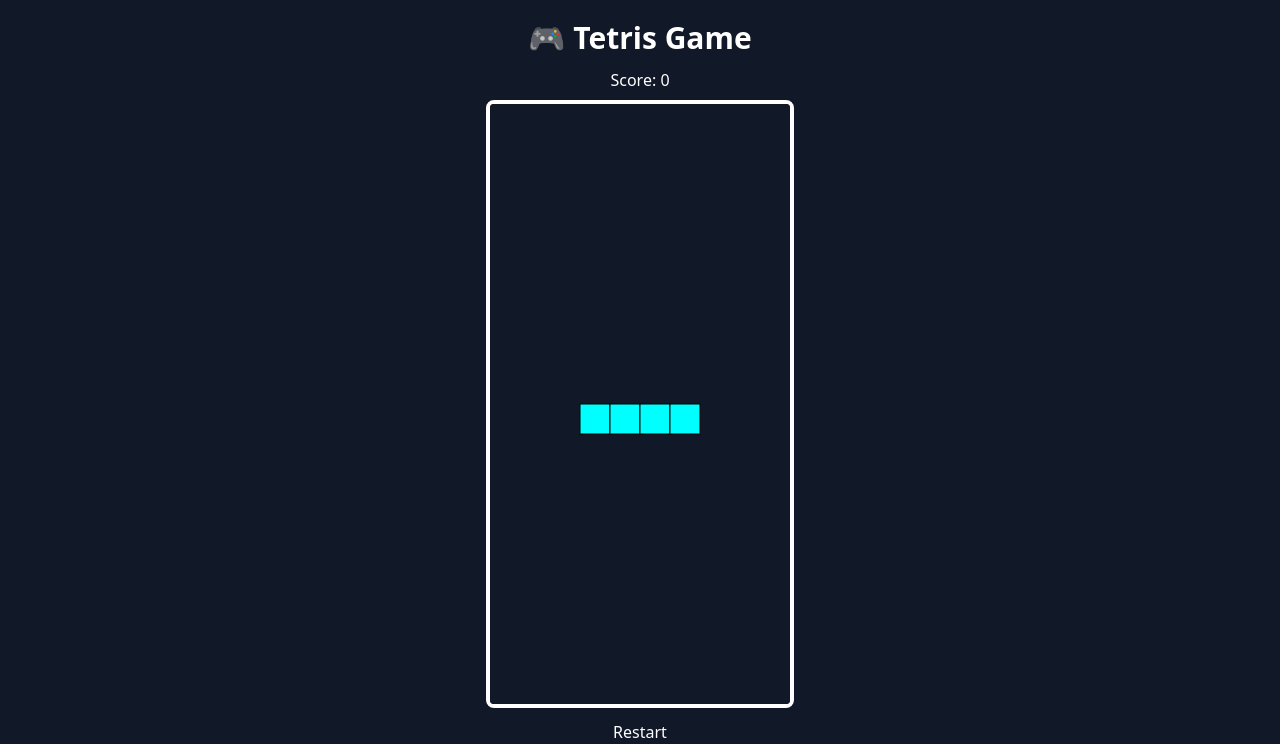
Repository: DevisWisley/tetris-react
Page: /
The author's editor kept a copy of each file at every save. The page is drawn from the files as they stood at one save, then again after the next save.
The browser window is 1280 px wide. The pictures show the whole page.
Some web libraries are served in a nearby version. The project was rebuilt for these pictures with package versions that can differ from the ones it lists, and the page was loaded fresh each time. Some packages were replaced by stand-ins written for this rebuild. Also part of the build but not shown: vite.config.ts.

Above is the page before, as saved 2025-08-13 16:08:26.

### index.html
<!doctype html>
<html lang="en">
  <head>
    <meta charset="UTF-8" />
    <meta name="viewport" content="width=device-width, initial-scale=1.0" />
    <title>Tetris Game</title>
    <script src="https://cdn.tailwindcss.com"></script>
  </head>
  <body class="bg-gray-900 text-white">
    <div id="root"></div>
    <script type="module" src="/src/main.tsx"></script>
  </body>
</html>

### src/App.tsx
import React from "react";
import Tetris from "./Tetris";

const App: React.FC = () => {
  return (
    <div className="container mx-auto text-center">
      <Tetris />
    </div>
  );
};

export default App;

### src/Tetris.tsx
import React, { useRef, useEffect, useState } from "react";
import Swal from "sweetalert2";
import { Piece } from "./types";

const ROWS = 20;
const COLS = 10;
const BLOCK_SIZE = 30;

const COLORS = ["cyan", "blue", "orange", "yellow", "green", "purple", "red"];
const SHAPES = [
  [[1, 1, 1, 1]], // I
  [[2, 0, 0], [2, 2, 2]], // J
  [[0, 0, 3], [3, 3, 3]], // L
  [[4, 4], [4, 4]], // O
  [[0, 5, 5], [5, 5, 0]], // S
  [[0, 6, 0], [6, 6, 6]], // T
  [[7, 7, 0], [0, 7, 7]]  // Z
];

const randomPiece = (): Piece => {
  const index = Math.floor(Math.random() * SHAPES.length);
  return {
    shape: SHAPES[index],
    color: COLORS[index]
  };
};

const Tetris: React.FC = () => {
  const canvasRef = useRef<HTMLCanvasElement | null>(null);
  const [board, setBoard] = useState<number[][]>(
    Array.from({ length: ROWS }, () => Array(COLS).fill(0))
  );
  const [piece, setPiece] = useState<Piece>(randomPiece());
  const [pos, setPos] = useState<[number, number]>([0, 3]);
  const [score, setScore] = useState(0);
  const [gameOver, setGameOver] = useState(false);

  useEffect(() => {
    const context = canvasRef.current?.getContext("2d");
    if (!context) return;

    context.fillStyle = "#111827"; // Tailwind gray-900
    context.fillRect(0, 0, COLS * BLOCK_SIZE, ROWS * BLOCK_SIZE);

    board.forEach((row, y) => {
      row.forEach((value, x) => {
        if (value !== 0) {
          context.fillStyle = COLORS[value - 1];
          context.fillRect(x * BLOCK_SIZE, y * BLOCK_SIZE, BLOCK_SIZE, BLOCK_SIZE);
          context.strokeStyle = "black";
          context.strokeRect(x * BLOCK_SIZE, y * BLOCK_SIZE, BLOCK_SIZE, BLOCK_SIZE);
        }
      });
    });

    piece.shape.forEach((row, y) => {
      row.forEach((value, x) => {
        if (value !== 0) {
          context.fillStyle = piece.color;
          context.fillRect((pos[1] + x) * BLOCK_SIZE, (pos[0] + y) * BLOCK_SIZE, BLOCK_SIZE, BLOCK_SIZE);
          context.strokeStyle = "black";
          context.strokeRect((pos[1] + x) * BLOCK_SIZE, (pos[0] + y) * BLOCK_SIZE, BLOCK_SIZE, BLOCK_SIZE);
        }
      });
    });
  }, [board, piece, pos]);

  useEffect(() => {
    if (gameOver) {
      Swal.fire({
        icon: "info",
        title: "Game Over",
        text: `Score: ${score}`,
        confirmButtonText: "Play Again"
      }).then(() => {
        resetGame();
      });
    }
  }, [gameOver]);

  useEffect(() => {
    const handleKey = (e: KeyboardEvent) => {
      if (gameOver) return;
      if (e.key === "ArrowLeft") move(-1);
      else if (e.key === "ArrowRight") move(1);
      else if (e.key === "ArrowDown") drop();
      else if (e.key === "ArrowUp") rotate();
    };
    window.addEventListener("keydown", handleKey);
    const interval = setInterval(drop, 500);
    return () => {
      window.removeEventListener("keydown", handleKey);
      clearInterval(interval);
    };
  });

  const collide = (brd: number[][], p: Piece, pos: [number, number]) => {
    for (let y = 0; y < p.shape.length; y++) {
      for (let x = 0; x < p.shape[y].length; x++) {
        if (p.shape[y][x] !== 0 &&
            (brd[y + pos[0]] && brd[y + pos[0]][x + pos[1]]) !== 0) {
          return true;
        }
      }
    }
    return false;
  };

  const merge = (brd: number[][], p: Piece, pos: [number, number]) => {
    p.shape.forEach((row, y) => {
      row.forEach((value, x) => {
        if (value !== 0) {
          brd[y + pos[0]][x + pos[1]] = COLORS.indexOf(p.color) + 1;
        }
      });
    });
  };

  const resetGame = () => {
    setBoard(Array.from({ length: ROWS }, () => Array(COLS).fill(0)));
    setPiece(randomPiece());
    setPos([0, 3]);
    setScore(0);
    setGameOver(false);
  };

  const drop = () => {
    const newPos: [number, number] = [pos[0] + 1, pos[1]];
    if (!collide(board, piece, newPos)) {
      setPos(newPos);
    } else {
      const newBoard = board.map(row => [...row]);
      merge(newBoard, piece, pos);

      // Clear lines
      let lines = 0;
      for (let y = ROWS - 1; y >= 0; y--) {
        if (newBoard[y].every(val => val !== 0)) {
          newBoard.splice(y, 1);
          newBoard.unshift(Array(COLS).fill(0));
          lines++;
          y++;
        }
      }
      if (lines > 0) setScore(score + lines * 100);

      // New piece
      const newPiece = randomPiece();
      const startPos: [number, number] = [0, 3];
      if (collide(newBoard, newPiece, startPos)) {
        setGameOver(true);
        return;
      }
      setBoard(newBoard);
      setPiece(newPiece);
      setPos(startPos);
    }
  };

  const move = (dir: number) => {
    const newPos: [number, number] = [pos[0], pos[1] + dir];
    if (!collide(board, piece, newPos)) {
      setPos(newPos);
    }
  };

  const rotate = () => {
    const rotated = piece.shape[0].map((_, i) =>
      piece.shape.map(row => row[i]).reverse()
    );
    const newPiece = { ...piece, shape: rotated };
    if (!collide(board, newPiece, pos)) {
      setPiece(newPiece);
    }
  };

  return (
    <div className="flex flex-col items-center mt-5">
      <h1 className="text-3xl font-bold mb-3">🎮 Tetris Game</h1>
      <p className="mb-2">Score: <span className="fw-bold">{score}</span></p>
      <canvas ref={canvasRef} width={COLS * BLOCK_SIZE} height={ROWS * BLOCK_SIZE} className="border-4 border-white rounded-lg"></canvas>
      <button onClick={resetGame} className="btn btn-primary mt-3">Restart</button>
    </div>
  );
};

export default Tetris;

Loaded but not shown: src/main.tsx (common file)

After the next save:
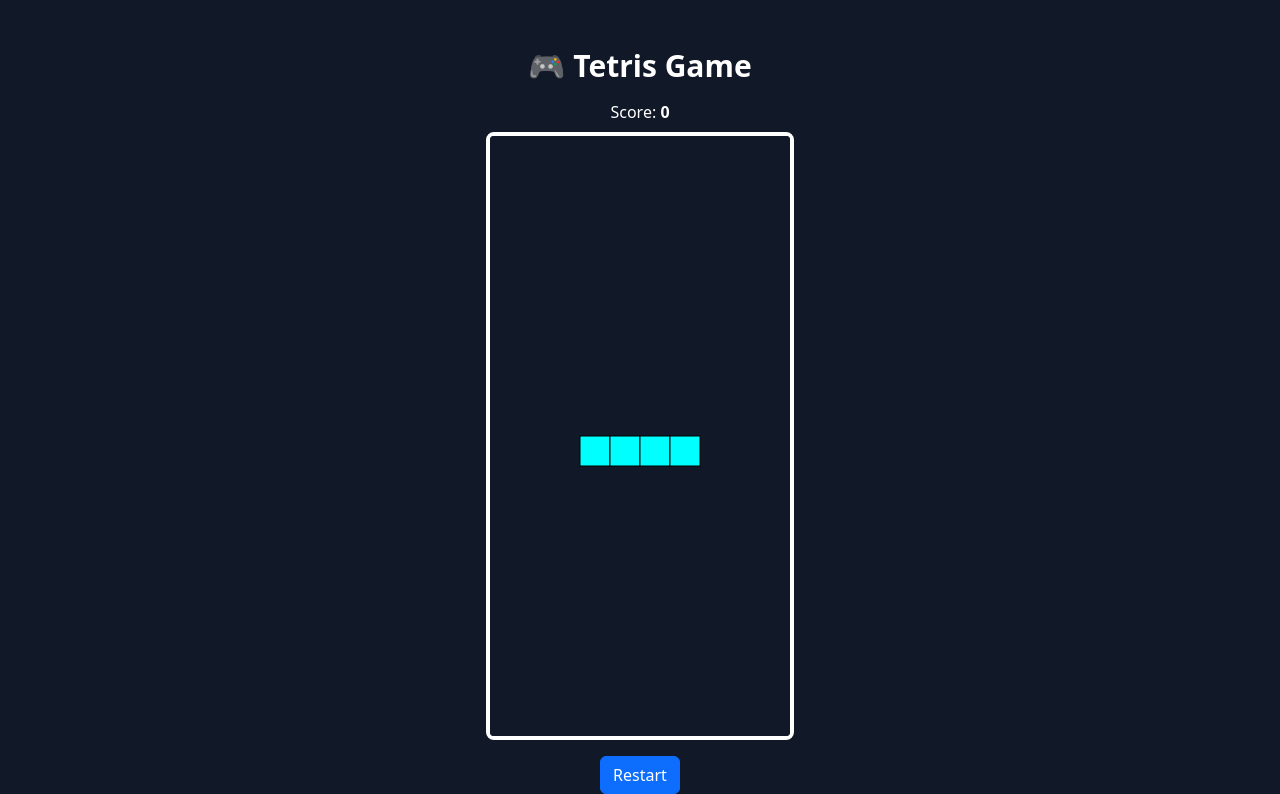
Saved 83 s later.
--- a/index.html
+++ b/index.html
@@ -4,6 +4,7 @@
     <meta charset="UTF-8" />
     <meta name="viewport" content="width=device-width, initial-scale=1.0" />
     <title>Tetris Game</title>
+    <link href="https://cdn.jsdelivr.net/npm/bootstrap@5.3.3/dist/css/bootstrap.min.css" rel="stylesheet">
     <script src="https://cdn.tailwindcss.com"></script>
   </head>
   <body class="bg-gray-900 text-white">

After the save that followed:
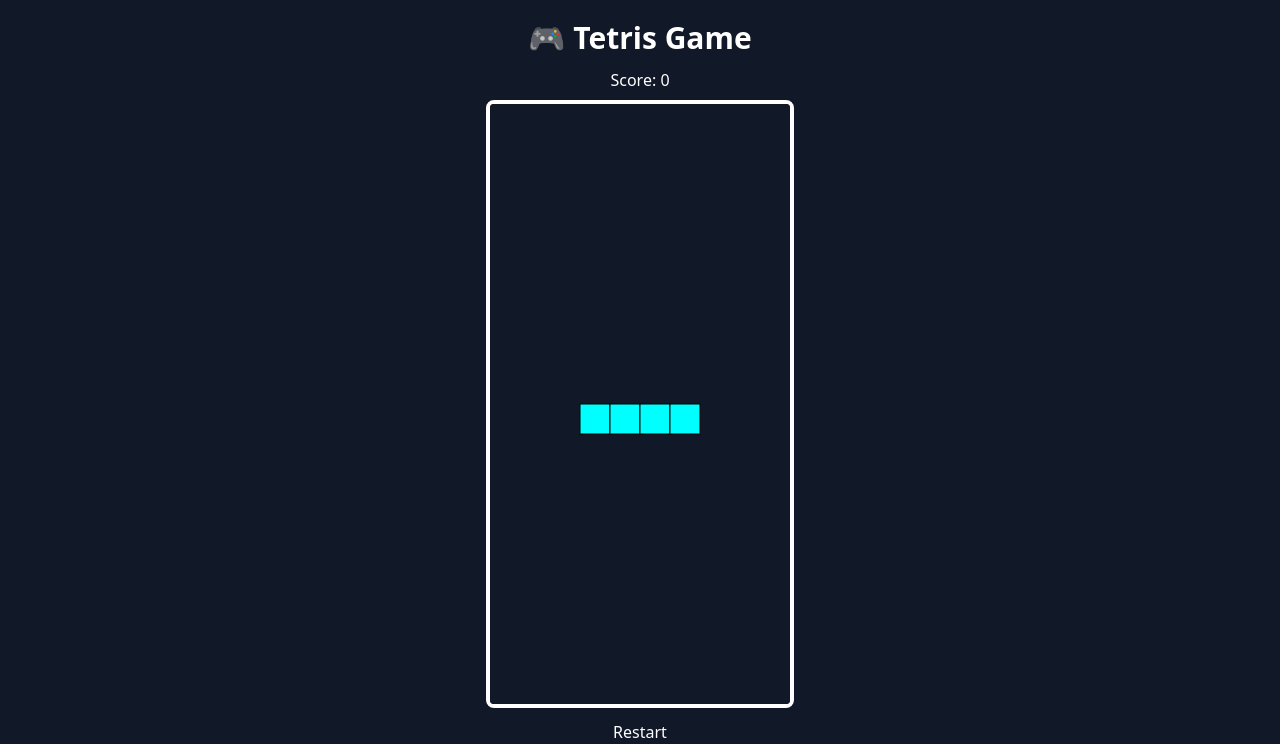
Saved 85 s later.
--- a/index.html
+++ b/index.html
@@ -4,7 +4,6 @@
     <meta charset="UTF-8" />
     <meta name="viewport" content="width=device-width, initial-scale=1.0" />
     <title>Tetris Game</title>
-    <link href="https://cdn.jsdelivr.net/npm/bootstrap@5.3.3/dist/css/bootstrap.min.css" rel="stylesheet">
     <script src="https://cdn.tailwindcss.com"></script>
   </head>
   <body class="bg-gray-900 text-white">
